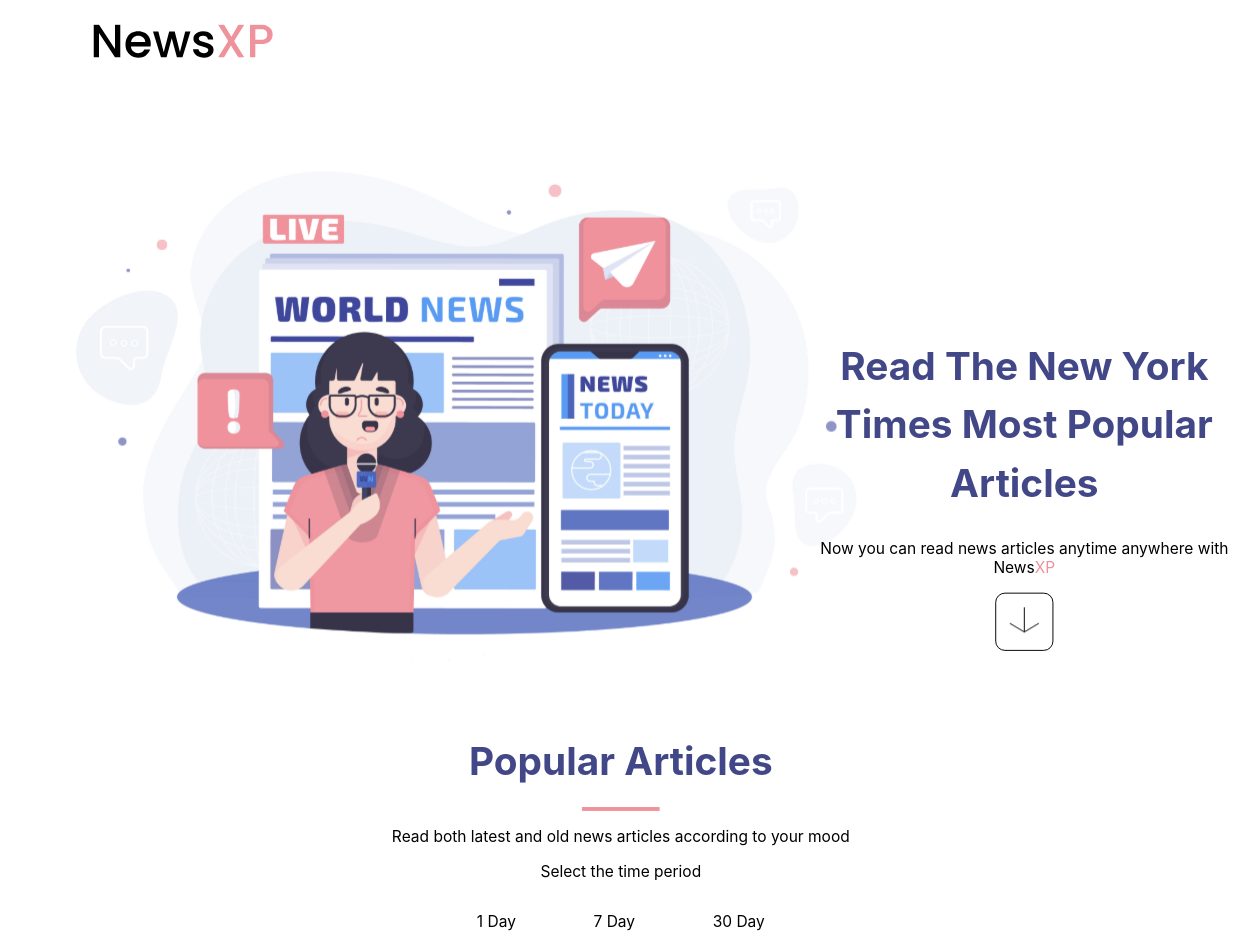
Repository: vishalsinghhh/NewsXP
Page: /
These files come from the project's save history. The page is drawn as it stood at one moment and after a run of saves; the edit follows.
The browser window is 1280 px wide. The pictures show the whole page, at 97% of full size.
The project was rebuilt for these pictures with package versions that can differ from the ones it lists, and the page was loaded fresh each time. Imported but missing from the stored project, and not drawn on this page: src/pages/Error.

Above is the page before, as saved 2021-08-20 11:40:31.

### src/App.js
import React from "react";
import { BrowserRouter as Router, Route, Switch } from "react-router-dom";
// import pages
import Home from "./pages/Home";
import Error from "./pages/Error";
// import components
import Navbar from "./components/Navbar"
import Footer from "./components/Footer"

function App() {
  return (
    <div>
      <Router>
        <Navbar />
        <Switch>
          <Route exact path="/">
            <Home />
          </Route>
          <Route path="*">
            <Error />
          </Route>
        </Switch>
        <Footer/>
      </Router>
    </div>
  );
}

export default App;

### src/pages/Home.jsx
import React from 'react'
import hero from '../images/hero.svg'
import arrow from '../images/arror.svg'
import './pages.css'

const Home = () => {
    return (
      <main>
        <div className="hero">
          <div className="hero-center">
            <div className="hero-info">
              <h1>Read The New York Times Most Popular Articles</h1>
              <p>
                Now you can read news articles anytime anywhere with News
                <span className="xp">XP</span>
              </p>
              <button className="btn">
                <img src={arrow} alt="arrow" className="arrow" />
              </button>
            </div>
            <div className="hero-images">
              <img src={hero} alt="hero" className="hero-img" />
            </div>
          </div>
        </div>
        <div className="news">
          <div className="news-center">
            <div className="news-info">
              <h1 className="news-title">Popular Articles</h1>
              <div className="underline"></div>
              <p>
                Read both latest and old news articles according to your mood
              </p>
              <p>Select the time period</p>
              <div className="days">
                <div className="day1"><p>1 Day</p></div>
                <div className="day2"><p>7 Day</p></div>
                <div className="day3"><p>30 Day</p></div>
              </div>
              <div className="news-cards">
              </div>
            </div>
          </div>
        </div>
      </main>
    );
}

export default Home

### src/components/Navbar.js
import React from 'react'
import { Link } from "react-router-dom";
import logo from '../images/logo.svg';
import './Components.css';

const Navbar = () => {
    return (
        <nav className="nav">
            <div className="nav-center">
                <Link to='/'>
                    <img src={logo} alt="logo" className="logo" />
                </Link>
            </div>
        </nav>
    )
}

export default Navbar

### src/components/Footer.js
import React from 'react'

const Footer = () => {
    return (
        <div>
            {/* <h1>Footer</h1> */}
        </div>
    )
}

export default Footer

### src/pages/pages.css
.btn {
  /* Rectangle 1 */

  /* position: absolute; */
  width: 60px;
  height: 60px;
  left: 1113px;
  top: 512px;

  background: #ffffff;
  border: 1px solid #000000;
  box-sizing: border-box;
  border-radius: 10px;
}

.hero::before {
  content: "";
  position: absolute;
  width: 100%;
  height: 65%;
  top: 0;
  left: 0;
}
.hero {
  position: relative;
  min-height: 100vh;
  margin-top: -5rem;
  margin-left: 2rem;
  display: grid;
  grid-template-columns: 1fr;
  /* justify-items: center; */
}
.hero-center {
  width: 90vw;
  max-width: var(--max-width);
  display: grid;
  align-items: center;
}
.hero-img {
  /* position: relative; */
  z-index: -1;
  margin-top: 10%;
}
.hero-info {
  position: absolute;
  text-transform: none;
  margin-left: 50rem;
  margin-top: 16rem;
  text-align: center;
}
.hero-info h1 {

  max-width: 1500px;
  font-size: 2.5rem;
  letter-spacing: 3%;
  line-height: 150%;
  color: #424787;
}
.xp{
    color: #EF929C;
}
.btn{
    cursor: pointer;
}
.btn:hover{
    background: #EF929C;
    transition: all 0.7s ease;
}
.arrow{
    animation: bounce 2s infinite;
}
@keyframes bounce {
  0%, 20%, 50%, 80%, 100% {
    transform: translateY(0);
  }
  40% {
    transform: translateY(-25px);
  }
  60% {
    transform: translateY(-10px);
  }
}


/* *******Popular Articles*********  */
/* .news{
  position: absolute;
  justify-content: center;
  align-items: center;
} */
.news{
  display: flex;
  justify-content: center;
  text-align: center;
}
.news-title{
  max-width: 1500px;
  font-size: 2.5rem;
  letter-spacing: 3%;
  line-height: 150%;
  color: #424787;
}
.underline {
  width: 5rem;
  height: 0.25rem;
  background: #EF929C;
  margin-top: -2%;
  margin-left: auto;
  margin-right: auto;
}
.days{
  display: flex;
  justify-content: center;
  text-align: center;


}
.day2{
  margin: 0rem 5rem 0rem 5rem;
}

### src/components/Components.css
:root {

  --transition: all 0.3s linear;
  --spacing: 0.1rem;
  --radius: 0.25rem;
  --light-shadow: 0 5px 15px rgba(0, 0, 0, 0.1);
  --dark-shadow: 0 5px 15px rgba(0, 0, 0, 0.2);
  --max-width: 1170px;
  --fixed-width: 620px;
}
.nav {
  height: 5.5rem;
  display: flex;
  align-items: center;
  justify-content: center;
  background: transparent;
  position: relative;
  z-index: 1;
}
.nav-center {
  width: 85vw;
  /* max-width: var(--max-width); */
}

Loaded but not shown: public/index.html (common file); src/index.js (common file); src/index.css (common file)

After the next 2 saves:
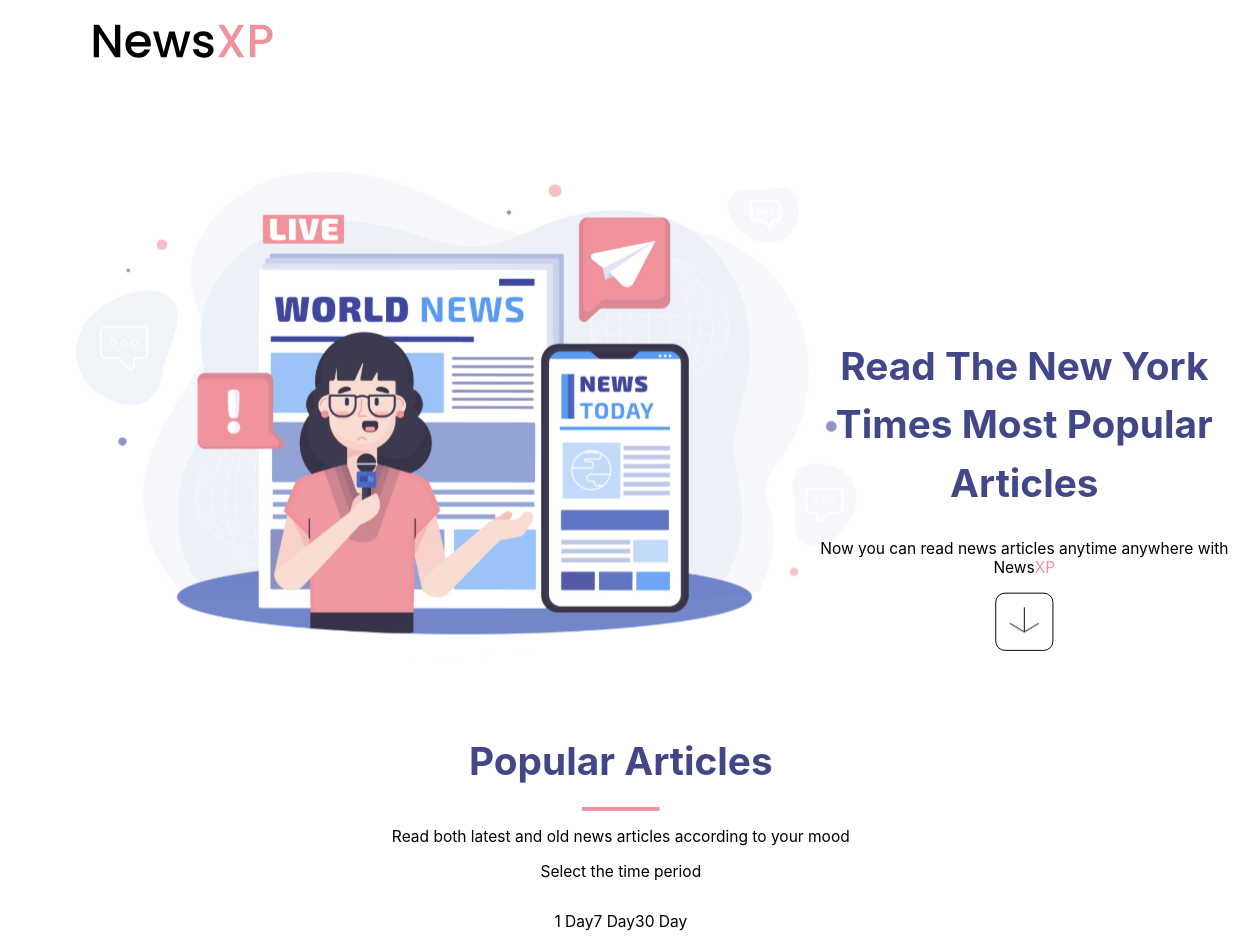
The 2 saves are shown as one change because they came seconds apart.
The last was saved 8 s later.
--- a/src/pages/pages.css
+++ b/src/pages/pages.css
@@ -115,6 +115,7 @@
 
 
 }
+.day1 day2
 .day2{
   margin: 0rem 5rem 0rem 5rem;
 }

After the 2 saves that followed:
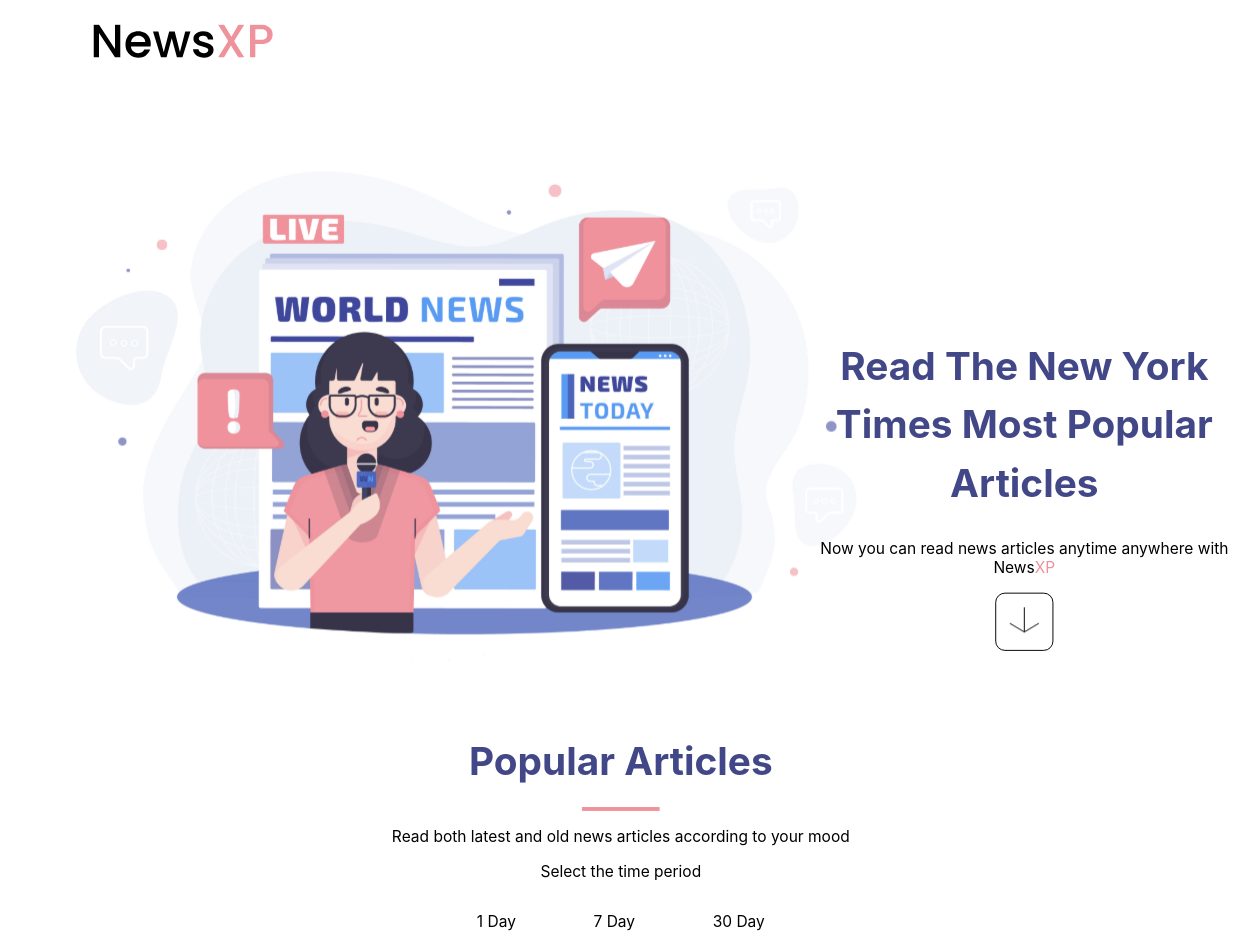
The 2 saves are shown as one change because they came seconds apart.
The last was saved 7 s later.
--- a/src/pages/pages.css
+++ b/src/pages/pages.css
@@ -115,7 +115,9 @@
 
 
 }
-.day1 day2
+.day1{
+  cursor: pointer;
+}
 .day2{
   margin: 0rem 5rem 0rem 5rem;
 }
